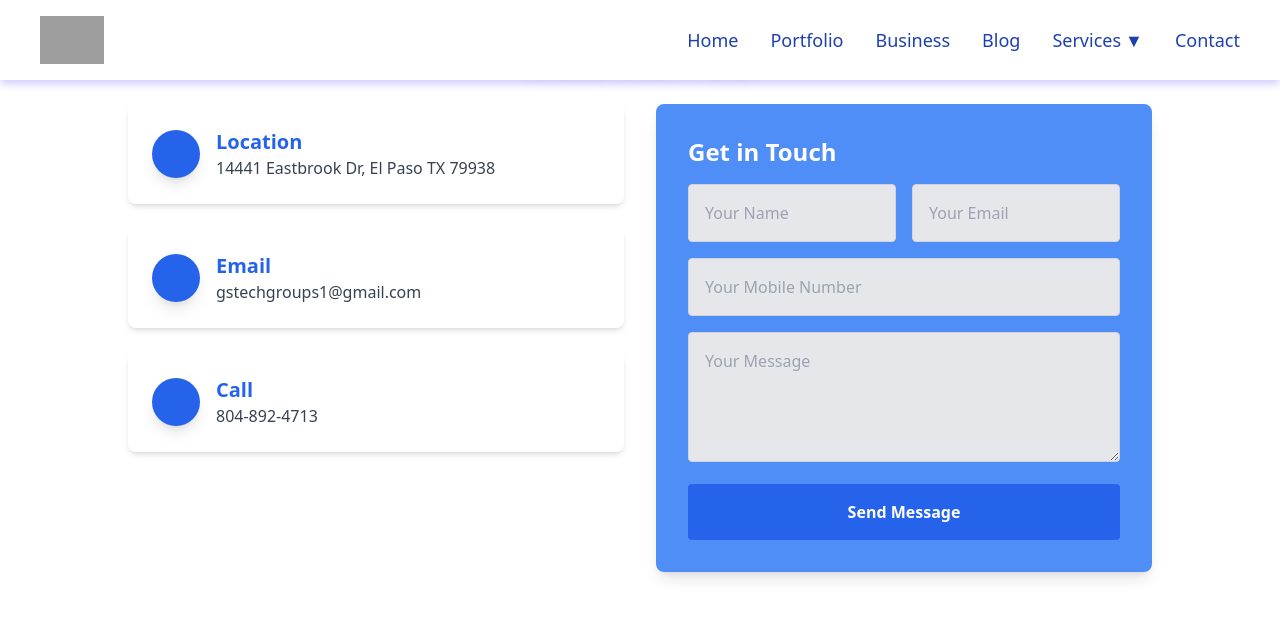
Repository: Rudra-Eswaran/Rudra_Official
Page: /
An editor plug-in stored every save of this project. The page is shown before and after the next save, followed by the edit.
The browser window is 1280 px wide. The pictures show the whole page.
Pictures or frames that could not be fetched are drawn as grey boxes. Some web libraries are served in a nearby version. The project was rebuilt for these pictures with package versions that can differ from the ones it lists, and the page was loaded fresh each time. Also part of the build but not shown: vite.config.js.

Above is the page before, as saved 2025-04-15 18:57:04.

### index.html
<!doctype html>
<html lang="en">
  <head>
    <meta charset="UTF-8" />
    <link rel="icon" type="image/svg+xml" href="/vite.svg" />
    <meta name="viewport" content="width=device-width, initial-scale=1.0" />
    <title>Rudra Loading</title>
    <!-- Tailwind CSS CDN -->
<script src="https://cdn.tailwindcss.com"></script>

  </head>
  <body>
    <div id="root"></div>
    <script type="module" src="/src/main.jsx"></script>
  </body>
</html>

### src/App.jsx
import Navbar from "./components/Navbar";
import Contact from "./pages/Contactus";

export default function App() {
  return (
    <>
      <Navbar />
      <Contact/>
    </>
  );
}

### src/components/Navbar.jsx
import { useState, useEffect } from "react";
import { Link } from "react-router-dom";

const Navbar = () => {
  const [isOpen, setIsOpen] = useState(false);
  const [scrolled, setScrolled] = useState(false);

  // Detect when the user scrolls to change the navbar style
  useEffect(() => {
    const handleScroll = () => {
      setScrolled(window.scrollY > 10);
    };
    window.addEventListener("scroll", handleScroll);
    return () => window.removeEventListener("scroll", handleScroll);
  }, []);

  return (
    <nav
      className={`fixed top-0 left-0 w-full z-10 py-4 transition-all duration-300 ease-in-out ${
        scrolled ? "bg-white shadow-lg" : "bg-white"
      } px-4 shadow-[0px_4px_8px_0px_rgba(0,0,255,0.2)]`}
    >
      <div className="max-w-full mx-auto flex justify-between items-center px-4 md:px-6">
        {/* Logo */}
        <div className="flex items-center space-x-2">
          <img
            src="path_to_your_logo.gif"
            alt="Logo"
            className="h-12 w-auto transition-transform transform hover:scale-110"
          />
        </div>

        {/* Desktop Menu */}
        <ul className="hidden md:flex space-x-8 text-lg font-medium text-blue-800">
          <li>
            <Link
              to="/"
              className="hover:text-blue-300 transition duration-300 ease-in-out transform hover:scale-105"
            >
              Home
            </Link>
          </li>
          <li>
            <Link
              to="/portfolio"
              className="hover:text-blue-300 transition duration-300 ease-in-out transform hover:scale-105"
            >
              Portfolio
            </Link>
          </li>
          <li>
            <Link
              to="/business"
              className="hover:text-blue-300 transition duration-300 ease-in-out transform hover:scale-105"
            >
              Business
            </Link>
          </li>
          <li>
            <Link
              to="/blog"
              className="hover:text-blue-300 transition duration-300 ease-in-out transform hover:scale-105"
            >
              Blog
            </Link>
          </li>

          {/* Services Dropdown */}
          <li className="relative">
            <button
              onClick={() => setIsOpen(!isOpen)}
              className="flex items-center hover:text-blue-300 transition duration-300 ease-in-out transform hover:scale-105"
            >
              Services
              <span className="ml-1 text-lg">{isOpen ? "▲" : "▼"}</span> {/* Chevron Arrow */}
            </button>
            {isOpen && (
              <ul className="absolute left-0 mt-2 space-y-2 bg-white shadow-lg text-blue-800 p-4 rounded-lg w-48">
                <li>
                  <Link
                    to="/products"
                    onClick={() => setIsOpen(false)}
                    className="block text-sm hover:text-blue-500 transition duration-300 ease-in-out transform hover:scale-105"
                  >
                    Products
                  </Link>
                </li>
                <li>
                  <Link
                    to="/services"
                    onClick={() => setIsOpen(false)}
                    className="block text-sm hover:text-blue-500 transition duration-300 ease-in-out transform hover:scale-105"
                  >
                    Services
                  </Link>
                </li>
                <li>
                  <Link
                    to="/edtech"
                    onClick={() => setIsOpen(false)}
                    className="block text-sm hover:text-blue-500 transition duration-300 ease-in-out transform hover:scale-105"
                  >
                    Edtech
                  </Link>
                </li>
              </ul>
            )}
          </li>

          <li>
            <Link
              to="/contact"
              className="hover:text-blue-300 transition duration-300 ease-in-out transform hover:scale-105"
            >
              Contact
            </Link>
          </li>
        </ul>

        {/* Mobile Menu Button */}
        <div className="md:hidden">
          <button
            onClick={() => setIsOpen(!isOpen)}
            className="text-blue-800 text-2xl transition-all ease-in-out duration-300"
          >
            {isOpen ? '❌' : '☰'}
          </button>
        </div>
      </div>

      {/* Mobile Menu */}
      {isOpen && (
        <ul className="md:hidden bg-white text-blue-800 p-6 space-y-4">
          <li>
            <Link
              to="/"
              onClick={() => setIsOpen(false)}
              className="block text-lg hover:text-blue-300 transition-all duration-300"
            >
              Home
            </Link>
          </li>
          <li>
            <Link
              to="/portfolio"
              onClick={() => setIsOpen(false)}
              className="block text-lg hover:text-blue-300 transition-all duration-300"
            >
              Portfolio
            </Link>
          </li>
          <li>
            <Link
              to="/business"
              onClick={() => setIsOpen(false)}
              className="block text-lg hover:text-blue-300 transition-all duration-300"
            >
              Business
            </Link>
          </li>
          <li>
            <Link
              to="/blog"
              onClick={() => setIsOpen(false)}
              className="block text-lg hover:text-blue-300 transition-all duration-300"
            >
              Blog
            </Link>
          </li>

          {/* Services Dropdown in Mobile */}
          <li className="relative">
            <button
              onClick={() => setIsOpen(!isOpen)}
              className="block text-lg hover:text-blue-300 transition-all duration-300 w-full text-left"
            >
              Services <span className="ml-1 text-lg">{isOpen ? "▲" : "▼"}</span> {/* Chevron Arrow */}
            </button>
            {isOpen && (
              <ul className="space-y-2 pl-4">
                <li>
                  <Link
                    to="/products"
                    onClick={() => setIsOpen(false)}
                    className="text-sm hover:text-blue-500 transition duration-300 ease-in-out transform hover:scale-105"
                  >
                    Products
                  </Link>
                </li>
                <li>
                  <Link
                    to="/services"
                    onClick={() => setIsOpen(false)}
                    className="text-sm hover:text-blue-500 transition duration-300 ease-in-out transform hover:scale-105"
                  >
                    Services
                  </Link>
                </li>
                <li>
                  <Link
                    to="/edtech"
                    onClick={() => setIsOpen(false)}
                    className="text-sm hover:text-blue-500 transition duration-300 ease-in-out transform hover:scale-105"
                  >
                    Edtech
                  </Link>
                </li>
              </ul>
            )}
          </li>

          <li>
            <Link
              to="/contact"
              onClick={() => setIsOpen(false)}
              className="block text-lg hover:text-blue-300 transition-all duration-300"
            >
              Contact
            </Link>
          </li>
        </ul>
      )}
    </nav>
  );
};

export default Navbar;

### src/pages/Contactus.jsx
import React, { useState } from "react";
import { motion } from "framer-motion";
import { FiPhone, FiMail, FiMapPin, FiX } from "react-icons/fi";  // Using react-icons for Phone, Email, Location
import { CONTACT_INFO, MODAL_MESSAGES, FORM_FIELDS, BUTTON_LABELS } from "../Constants"; // Import constants

const Contactus = ({ scrollToFooter }) => {
  const [formData, setFormData] = useState({ name: "", email: "", message: "", phone: "" });
  const [submitted, setSubmitted] = useState(false);
  const [loading, setLoading] = useState(false);
  const [showModal, setShowModal] = useState(false);

  const handleChange = (e) => {
    setFormData({ ...formData, [e.target.name]: e.target.value });
  };

  const handleSubmit = async (e) => {
    e.preventDefault();

    if (!formData.name || !formData.email || !formData.message || !formData.phone) {
      alert("Please fill in all the fields.");
      return;
    }

    const emailRegex = /^[^\s@]+@[^\s@]+\.[^\s@]+$/;
    if (!emailRegex.test(formData.email)) {
      alert("Please enter a valid email address.");
      return;
    }

    setLoading(true);
    try {
      const response = await fetch(`${import.meta.env.VITE_BACKEND_BASE_URL}/contact`, {
        method: "POST",
        headers: { "Content-Type": "application/json" },
        body: JSON.stringify(formData),
      });

      const result = await response.json();
      if (result.success) {
        setSubmitted(true);
        setShowModal(true);
        setFormData({ name: "", email: "", message: "", phone: "" });
        setTimeout(() => setShowModal(false), 4000);
      } else {
        alert("Failed to submit form");
      }
    } catch (err) {
      console.error("Error submitting form:", err);
      alert("Something went wrong!");
    } finally {
      setLoading(false);
    }
  };

  return (
    <motion.section
      initial={{ opacity: 0, y: 30 }}
      animate={{ opacity: 1, y: 0 }}
      transition={{ duration: 0.6, ease: "easeOut" }}
      className="relative text-black py-8 px-4 md:py-10 md:px-6 min-h-screen md:min-h-fit"
      style={{
        backgroundColor: "#ffffff", // White background
        backgroundSize: "cover",
        backgroundPosition: "center",
        backgroundRepeat: "no-repeat",
      }}
    >
      <div className="relative container mx-auto max-w-5xl text-center">
        <motion.h2
          className="text-3xl md:text-4xl font-bold text-blue-600 mb-6 uppercase drop-shadow-lg"
          initial={{ opacity: 0, y: -20 }}
          animate={{ opacity: 1, y: 0 }}
          transition={{ duration: 0.5 }}
          whileHover={{ textShadow: "0px 0px 10px rgba(0, 123, 255, 0.8)" }}
        >
          Contact Us
        </motion.h2>
      </div>

      <div className="relative container mx-auto grid grid-cols-1 md:grid-cols-2 gap-6 md:gap-8 max-w-5xl pb-0 mb-0">
        <div className="space-y-6">
          {Object.keys(CONTACT_INFO).map((key) => (
            <InfoBox
              key={key}
              icon={
                key === "location" ? (
                  <FiMapPin size={30} className="text-blue-600" />
                ) : key === "phone" ? (
                  <FiPhone size={30} className="text-blue-600" />
                ) : (
                  <FiMail size={30} className="text-blue-600" />
                )
              }
              title={CONTACT_INFO[key].title}
              text={CONTACT_INFO[key].text}
              onClick={scrollToFooter}
            />
          ))}
        </div>

        <div className="bg-blue-500 bg-opacity-90 p-6 md:p-8 rounded-lg shadow-lg">
          <motion.h3 whileHover={{ scale: 1.05, color: "#ffffff" }} className="text-xl md:text-2xl font-semibold mb-4 text-white">
            Get in Touch
          </motion.h3>
          <form onSubmit={handleSubmit} className="space-y-4">
            <div className="grid grid-cols-1 md:grid-cols-2 gap-4">
              <InputField type="text" name="name" placeholder={FORM_FIELDS.name} value={formData.name} handleChange={handleChange} />
              <InputField type="email" name="email" placeholder={FORM_FIELDS.email} value={formData.email} handleChange={handleChange} />
            </div>
            <InputField type="tel" name="phone" placeholder={FORM_FIELDS.phone} value={formData.phone} handleChange={handleChange} />
            <TextAreaField name="message" placeholder={FORM_FIELDS.message} value={formData.message} handleChange={handleChange} />
            <motion.button
              whileHover={{ scale: !loading ? 1.05 : 1 }}
              type="submit"
              disabled={loading}
              className={`w-full p-3 md:p-4 rounded text-white font-semibold transition ${
                loading ? "bg-gray-500 cursor-not-allowed" : "bg-blue-600 hover:bg-blue-700"
              }`}
            >
              {loading ? BUTTON_LABELS.sending : BUTTON_LABELS.send}
            </motion.button>
          </form>
        </div>
      </div>

      {showModal && (
        <div className="fixed inset-0 flex items-center justify-center z-50 bg-black bg-opacity-60">
          <motion.div
            initial={{ scale: 0.8, opacity: 0 }}
            animate={{ scale: 1, opacity: 1 }}
            className="bg-white text-black p-6 rounded-xl shadow-xl max-w-sm w-full relative"
          >
            <button
              onClick={() => setShowModal(false)}
              className="absolute top-2 right-2 text-gray-500 hover:text-red-500"
            >
              <FiX size={20} />
            </button>
            <h4 className="text-xl font-bold mb-2 text-blue-600">{MODAL_MESSAGES.success.title}</h4>
            <p>{MODAL_MESSAGES.success.message}</p>
          </motion.div>
        </div>
      )}
    </motion.section>
  );
};

const InfoBox = ({ icon, title, text, onClick }) => (
  <motion.div
    onClick={onClick}
    className="cursor-pointer bg-white p-4 md:p-6 rounded-lg flex items-center gap-4 shadow-md transition-transform transform hover:scale-103 hover:shadow-lg"
    whileHover={{ scale: 1.03, boxShadow: "0px 0px 10px rgba(0, 123, 255, 0.4)" }}
  >
    <motion.div
      className="w-12 h-12 flex items-center justify-center rounded-full bg-blue-600 text-white shadow-lg"
      whileHover={{ boxShadow: "0px 0px 15px rgba(0, 123, 255, 1)" }}
      transition={{ duration: 0.3 }}
    >
      {icon}
    </motion.div>
    <div>
      <h4 className="text-lg md:text-xl font-semibold text-blue-600">{title}</h4>
      <p className="text-gray-700">{text}</p>
    </div>
  </motion.div>
);

const InputField = ({ type, name, placeholder, value, handleChange }) => (
  <motion.input
    whileFocus={{ scale: 1.02 }}
    type={type}
    name={name}
    placeholder={placeholder}
    required
    value={value}
    onChange={handleChange}
    className="w-full p-3 md:p-4 rounded bg-gray-200 border border-gray-300 focus:border-blue-500 transition"
  />
);

const TextAreaField = ({ name, placeholder, value, handleChange }) => (
  <motion.textarea
    whileFocus={{ scale: 1.02 }}
    name={name}
    placeholder={placeholder}
    required
    rows="4"
    value={value}
    onChange={handleChange}
    className="w-full p-3 md:p-4 rounded bg-gray-200 border border-gray-300 focus:border-blue-500 transition"
  />
);

export default Contactus;

### src/Constants.jsx
// constants.js
export const CONTACT_INFO = {
    location: {
      title: "Location",
      text: "14441 Eastbrook Dr, El Paso TX 79938",
      icon: "FiMapPin",
    },
    email: {
      title: "Email",
      text: "gstechgroups1@gmail.com",
      icon: "FiMail",
    },
    phone: {
      title: "Call",
      text: "804-892-4713",
      icon: "FiPhone",
    },
  };

  export const MODAL_MESSAGES = {
    success: {
      title: "Success!",
      message: "Your message has been sent. We'll get back to you soon.",
    },
    error: {
      title: "Error",
      message: "Something went wrong. Please try again later.",
    },
  };

  export const FORM_FIELDS = {
    name: "Your Name",
    email: "Your Email",
    phone: "Your Mobile Number",
    message: "Your Message",
  };

  export const BUTTON_LABELS = {
    send: "Send Message",
    sending: "Sending...",
  };

Loaded but not shown: src/main.jsx (common file)

After the next save:
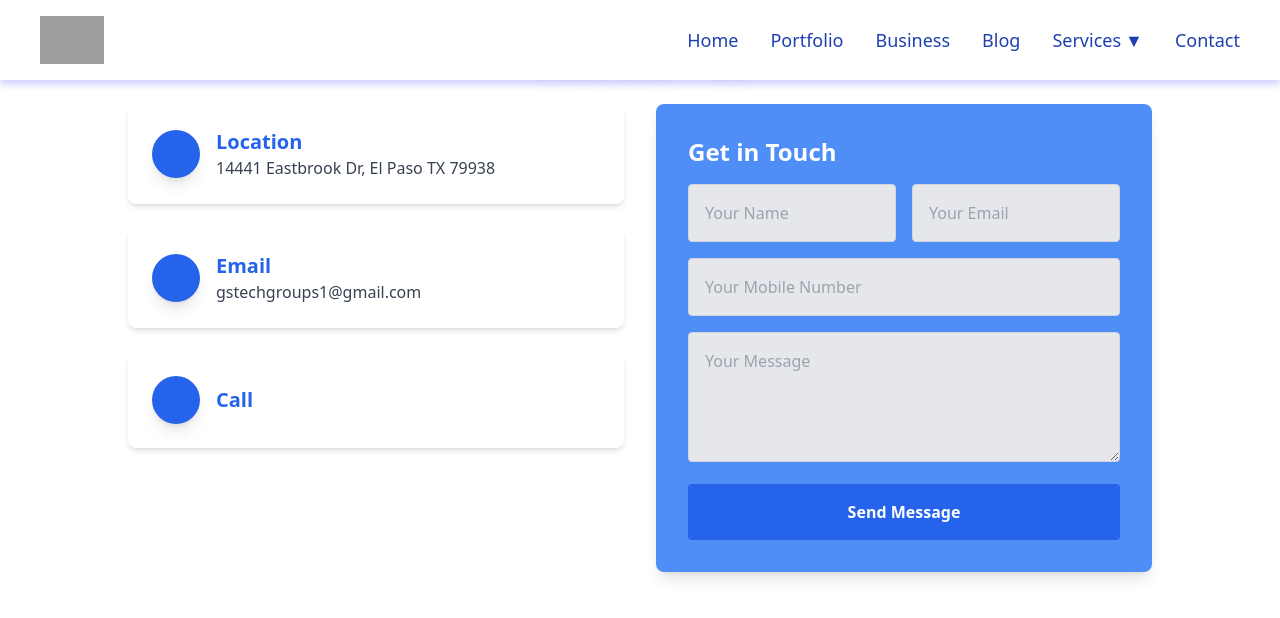
Saved 43 s later.
--- a/src/Constants.jsx
+++ b/src/Constants.jsx
@@ -12,7 +12,7 @@ export const CONTACT_INFO = {
     },
     phone: {
       title: "Call",
-      text: "804-892-4713",
+      text: "",
       icon: "FiPhone",
     },
   };
